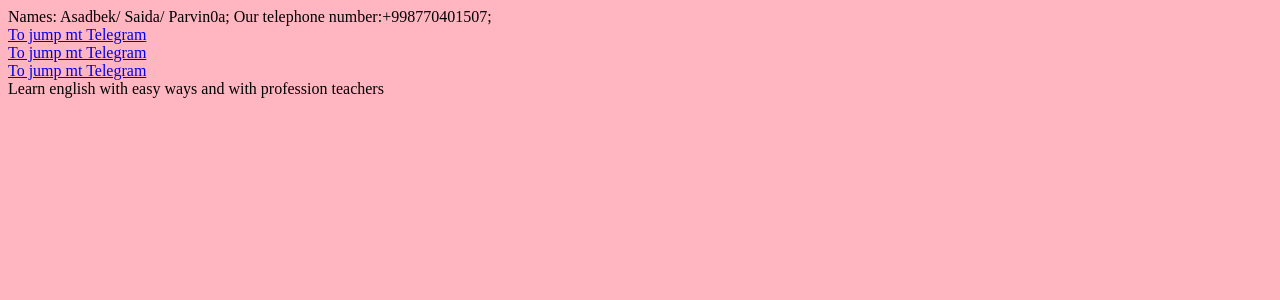
Repository: KHANas02/live-stream
Page: contact.html
An editor plug-in stored every save of this project. The page is shown before and after the next save, followed by the edit.
The browser window is 1280 px wide. The pictures show the whole page.

Above is the page before, as saved 2024-03-25 07:51:03.

### contact.html
<!DOCTYPE html>
<html lang="en">
  <head>
    <meta charset="UTF-8" />
    <meta name="viewport" content="width=device-width, initial-scale=1.0" />
    <title>Contact with us</title>
    <link rel="stylesheet" href="./index.html" />
  </head>
  <style>
    body {
      background-color: lightpink;
    }

  </style>
  <body>
    <div class="avatar"></div>
    <div class="text">
    Names:  Asadbek/
      Saida/
      Parvin0a;

Our telephone number:+998770401507; <br>
      <a href=" https://t.me/wzb_02">To jump mt Telegram</a> <br />
       <a href=" https://t.me/gsi_77">To jump mt Telegram</a> <br />
        <a href="https://t.me/Pretty_girl_2024">To jump mt Telegram</a> <br />

      <div>Learn english with easy ways and with profession teachers</div>
    </div>
  </body>
</html>

### index.html
<!DOCTYPE html>
<html lang="en">
  <head>
    <meta charset="UTF-8" />
    <head name="viewport" content="width=device-width, initial-scale=1.0">
      <title>Englify Live_stream</title>
      <link rel="stylesheet" href="./style.css" />
    </head>
    <style>
      .div1Img {
        font-size: 70px;
        font-family: serif;
        font-weight: 100;
        color: rgb(255, 0, 157);
        position: relative;
        left: 25px;
        top: 70px;
      }
      .div2 {
        font-size: 70px;
        font-family: serif;
        font-weight: 100;
        color: rgb(255, 0, 157);
        position: relative;
        left: 25px;
        top: 70px;
      }
      .div3 {
        font-size: 70px;
        font-family: serif;
        font-weight: 100;
        color: rgb(255, 0, 157);
        position: relative;
        left: 25px;
        top: 450px;
      }
    </style>
    <html>
      <body>
        <div class="div1">
          <div class="div1Img">JOIN TO OUR LIVE STREAM</div>
        </div>
        <div class="div2">
          Todat at 21:00 <br />
          Only with coffee
        </div>
        <div class="div3">
          Our on the telegram
          <br />
          @englify_asp <br />
          And join to us
        </div>
        <div class="hamburger-menu">
          <input id="menu__toggle" type="checkbox" />
          <label class="menu__btn" for="menu__toggle">
            <span></span>
          </label>

          <ul class="menu__box">
            <li><a class="menu__item" href="index.html">Главная</a></li>
            <li>
              <a class="menu__item" href="speaking.html"
                >Speaking полезная функция</a
              >
            </li>
            <li><a class="menu__item" href="group.html">участники прямой трансляции</a></li>
            <li><a class="menu__item" href="#">Блог</a></li>
            <li><a class="menu__item" href="contact.html">Контакты</a></li>
          </ul>
        </div>
      </body>
    </html>
  </head>
</html>

After the next save:
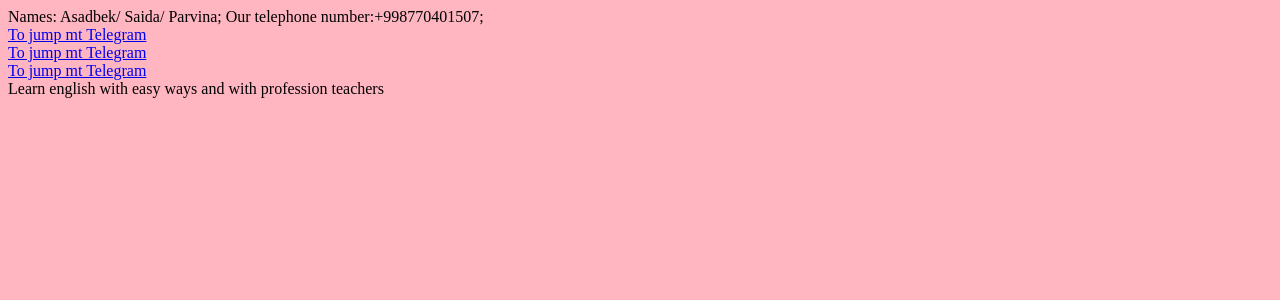
Saved 4 s later.
--- a/contact.html
+++ b/contact.html
@@ -17,7 +17,7 @@
     <div class="text">
     Names:  Asadbek/
       Saida/
-      Parvin0a;
+      Parvina;
 
 Our telephone number:+998770401507; <br>
       <a href=" https://t.me/wzb_02">To jump mt Telegram</a> <br />
